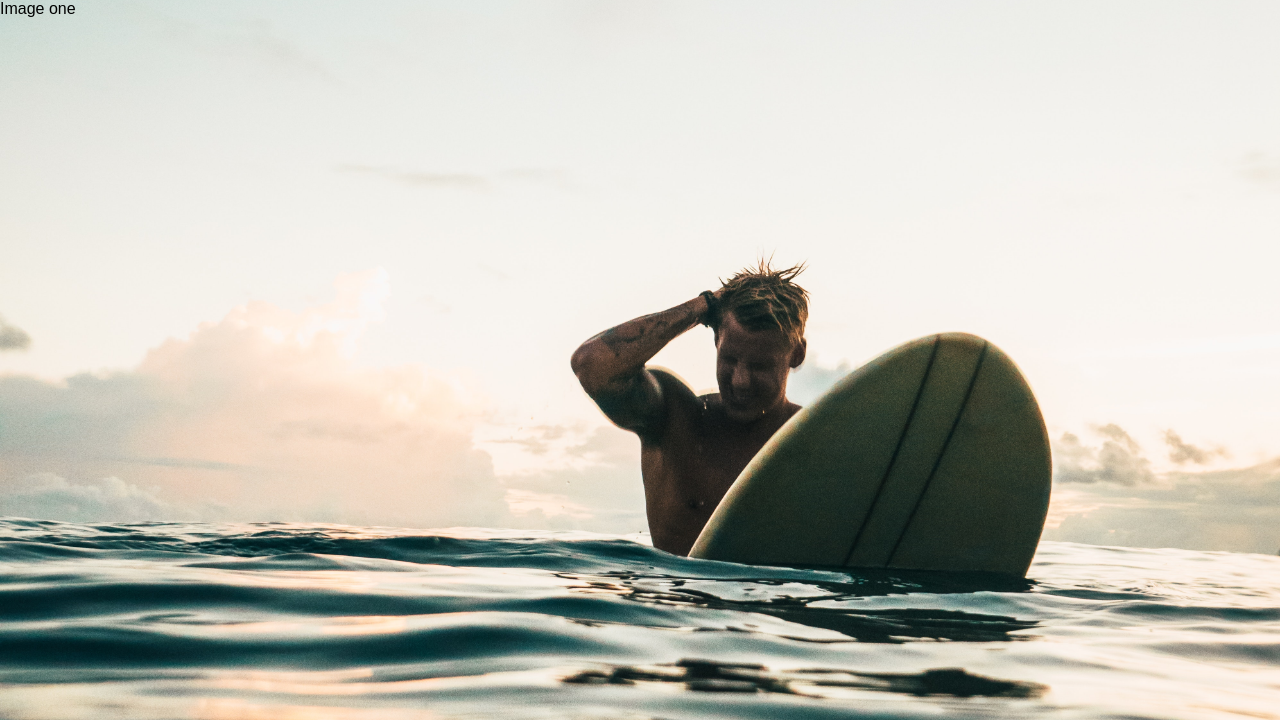
Repository: rahil001/preparation
Page: javascriptPrac/carousal/index.html
The author's editor kept a copy of each file at every save. The page is drawn from the files as they stood at one save, then again after the next save.
The browser window is 1280 px wide. The pictures show the whole page.
An inner scrolling area shows only its first screen.

Above is the page before, as saved 2019-10-08 12:10:50.

### javascriptPrac/carousal/index.html
<!DOCTYPE html>
<html lang="en">
<head>
    <meta charset="UTF-8">
    <meta name="viewport" content="width=device-width, initial-scale=1.0">
    <meta http-equiv="X-UA-Compatible" content="ie=edge">
    <title>Full Screen Slider</title>
    <link rel="stylesheet" href="index.css">
</head>
<body>
    <div class="wrap">
        <div id="arrow-left" class="arrow"></div>
        <div id="slider">
            <div class="slide slide1">
                <div class="slide-content">
                    <span>Image one</span>
                </div>
            </div>
            <div class="slide slide2">
                <div class="slide-content">
                    <span>Image Two</span>
                </div>
            </div>
            <div class="slide slide3">
                <div class="slide-content">
                    <span>Image Three</span>
                </div>
            </div>
            <div class="slide slide4">
                <div class="slide-content">
                    <span>Image four</span>
                </div>
            </div>
        </div>
        <div id="arrow-right" class="arrow"></div>

    </div>
</body>
</html>

### javascriptPrac/carousal/index.css
body, #slider, .wrap, .slide-content {
    margin: 0;
    padding: 0;
    font-family: Arial, Helvetica, sans-serif;
    width: 100%;
    height: 100vh;
    overflow-x: hidden;
}

.wrap{position: relative;}

.slide {
    background-size: cover;
    background-position: center;
    background-repeat: no-repeat;
}

.slide1 {
    background-image: url('images/image1.jpg')
}
.slide2 {
    background-image: url('images/image2.jpg')
}
.slide3 {
    background-image: url('images/image3.jpg')
}
.slide4 {
    background-image: url('images/image4.jpg')
}

After the next save:
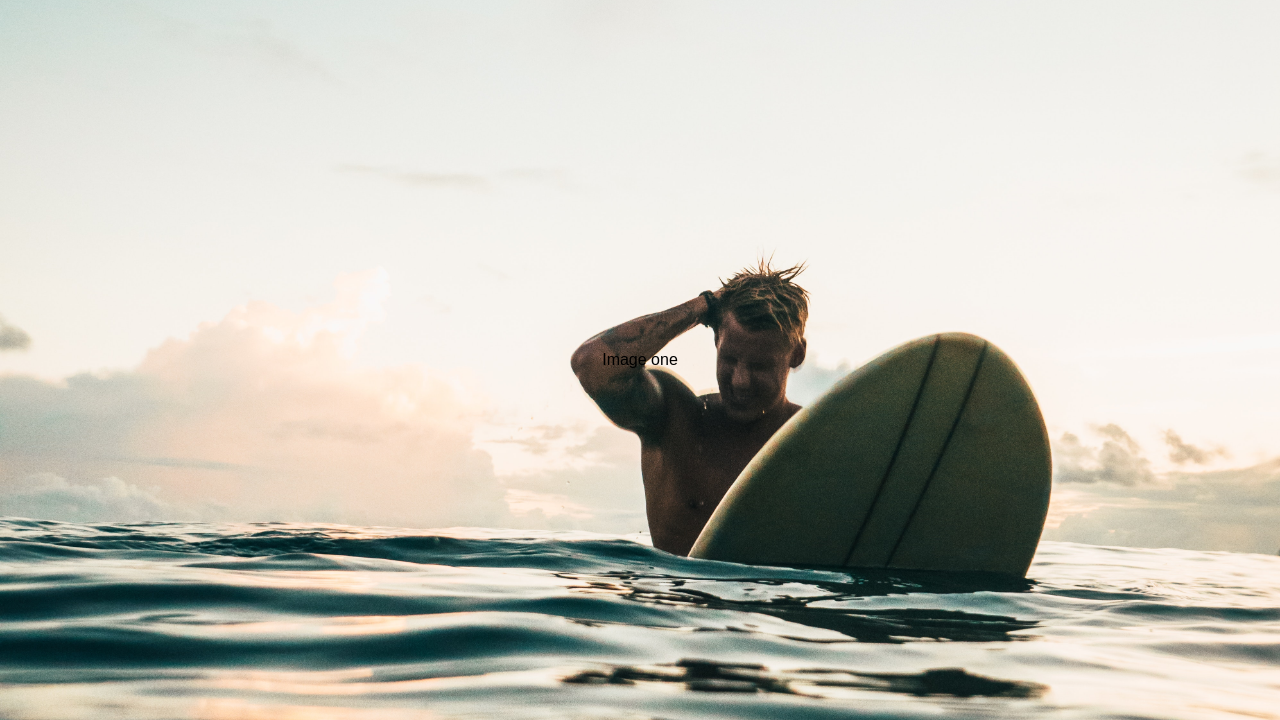
Saved 93 s later.
--- a/javascriptPrac/carousal/index.css
+++ b/javascriptPrac/carousal/index.css
@@ -27,3 +27,16 @@ body, #slider, .wrap, .slide-content {
 .slide4 {
     background-image: url('images/image4.jpg')
 }
+
+.slide-content {
+    display: flex;
+    flex-direction: column;
+    justify-content: center;
+    align-items: center;
+    text-align: center;
+}
+
+.slide-content pan {
+    font-size: 5rem;
+    color: #fff;
+}
